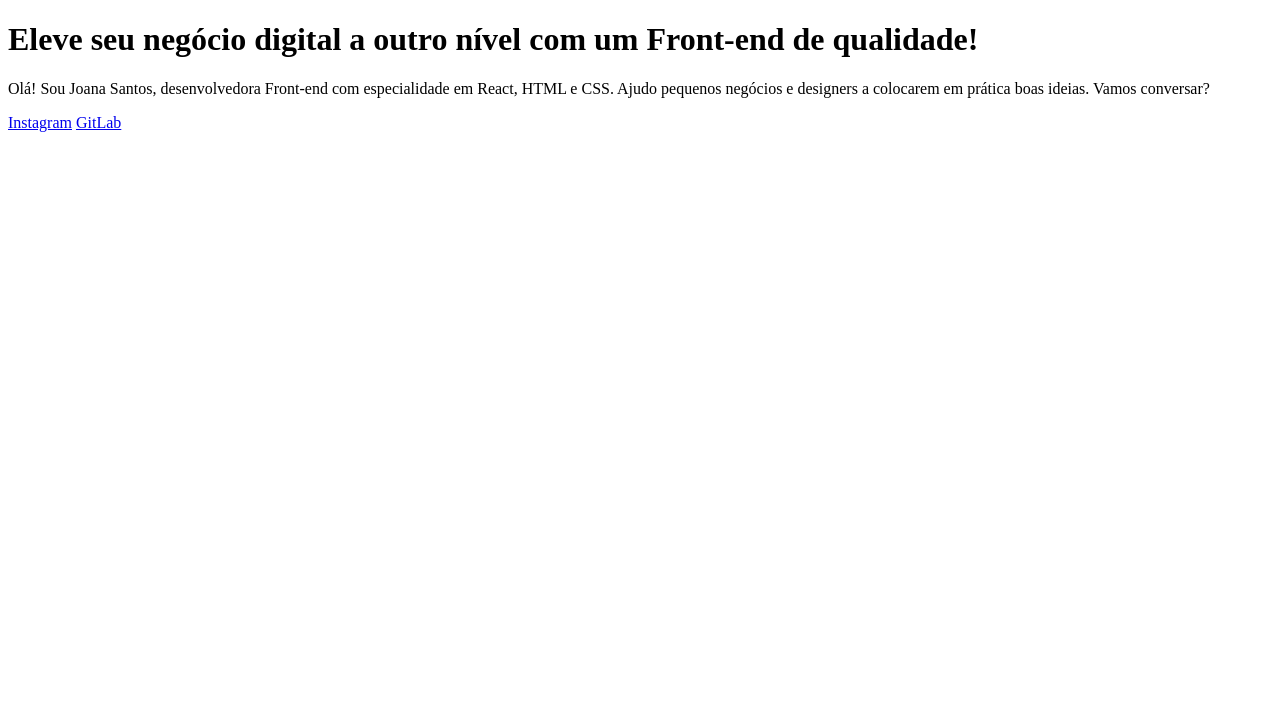
Repository: AnaFzCz/PROYECTOS-HTML---CSS2
Page: Portafolio/index.html
These files come from the project's save history. The page is drawn as it stood at one moment and after the next save; the edit follows.
The browser window is 1280 px wide. The pictures show the whole page.

Above is the page before, as saved 2025-01-21 06:29:59.

### Portafolio/index.html
<!DOCTYPE html>
<html lang="en">
<head>
    <meta charset="UTF-8">
    <meta http-equiv="X-UA-Compatible" content="IE=edge">
    <meta name="viewport" content="width=device-width, initial-scale=1.0">
    <title>Portafolio</title>
</head>
<body>
    <header>

    </header>
    <main>
        <h1>Eleve seu negócio digital a outro nível <strong>com um Front-end de qualidade!</strong></h1>
        <p>Olá! Sou Joana Santos, desenvolvedora Front-end com especialidade em React, HTML e CSS. Ajudo pequenos negócios e designers a colocarem em prática boas ideias. Vamos conversar?</p>
        <a href="https://instagram.com">Instagram</a>
        <a href="https://github.com/guilhermeonrails">GitLab</a>
    </main>
    <footer></footer>
</body>
</html>

After the next save:
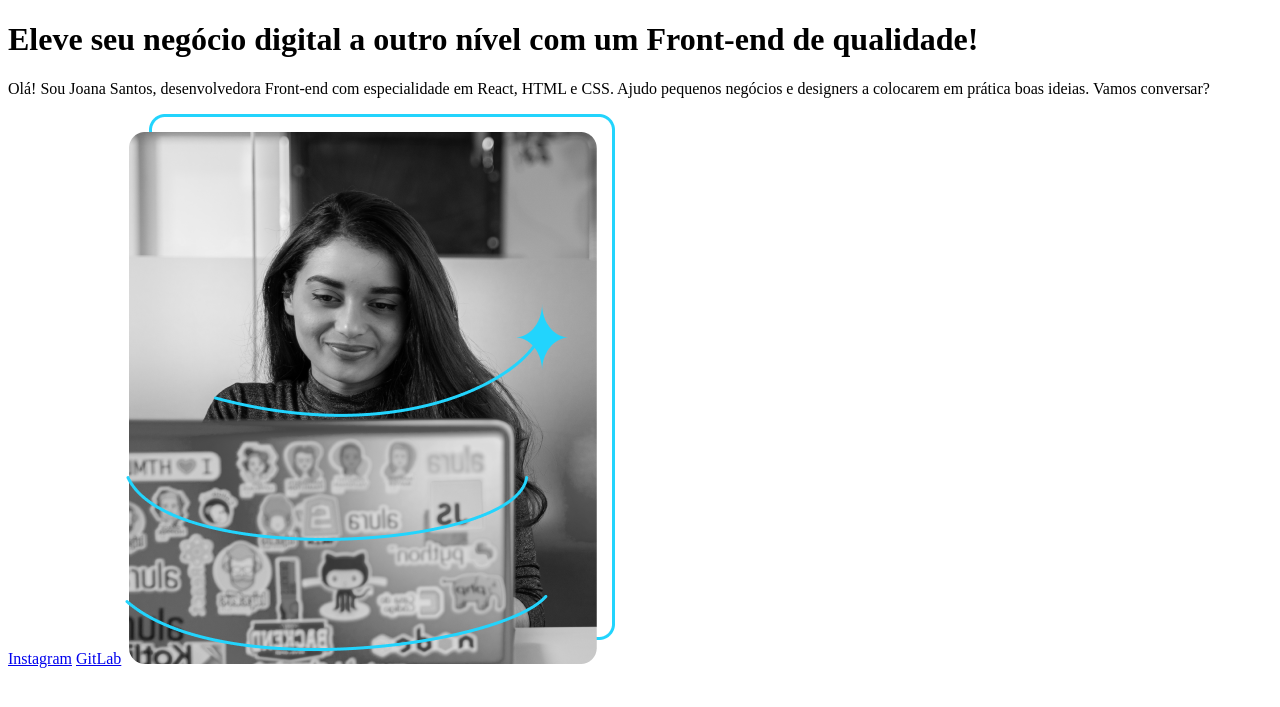
Saved 5 min 12 s later.
--- a/Portafolio/index.html
+++ b/Portafolio/index.html
@@ -15,6 +15,7 @@
         <p>Olá! Sou Joana Santos, desenvolvedora Front-end com especialidade em React, HTML e CSS. Ajudo pequenos negócios e designers a colocarem em prática boas ideias. Vamos conversar?</p>
         <a href="https://instagram.com">Instagram</a>
         <a href="https://github.com/guilhermeonrails">GitLab</a>
+        <img src="imagem.png" alt="homeoffice">
     </main>
     <footer></footer>
 </body>
